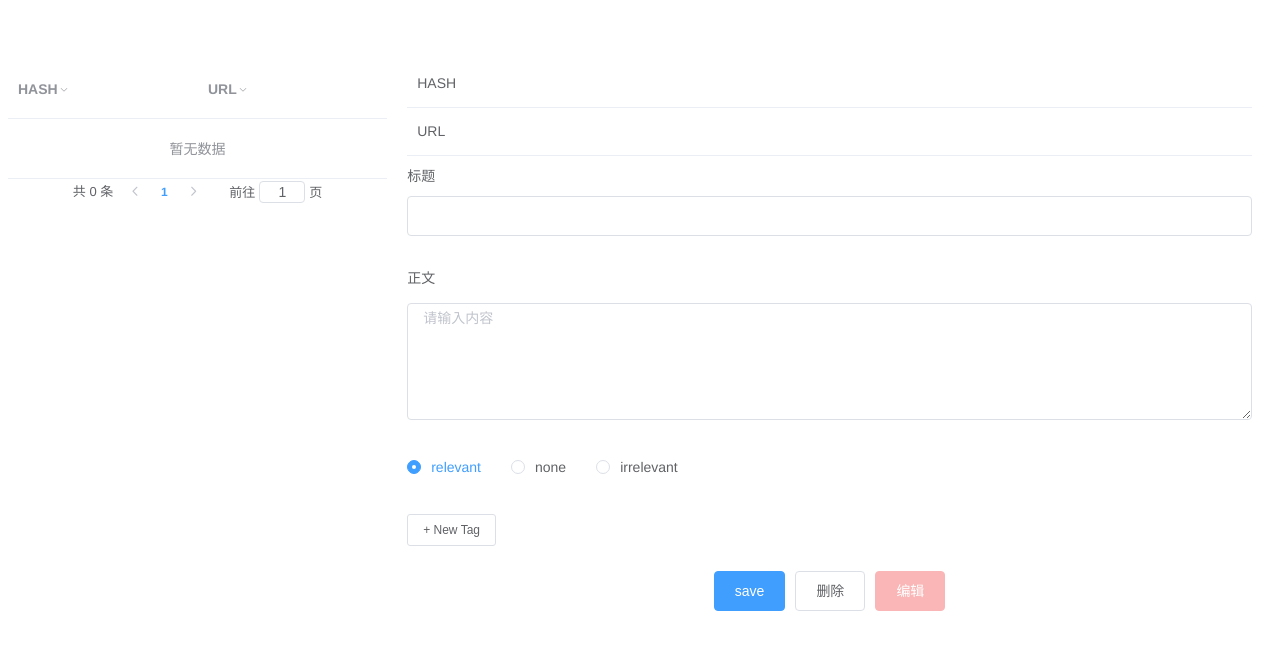
Repository: NicoleGX/TI
Page: /
These files come from the project's save history. The page is drawn as it stood at one moment and after the next save; the edit follows.
The browser window is 1280 px wide. The pictures show the whole page.
The page's requests for data from a server got no answer. The project was rebuilt for these pictures with package versions that can differ from the ones it lists, and the page was loaded fresh each time. No one was signed in, and anything a server would have sent is missing.

Above is the page before, as saved 2019-05-30 21:15:59.

After the next save:
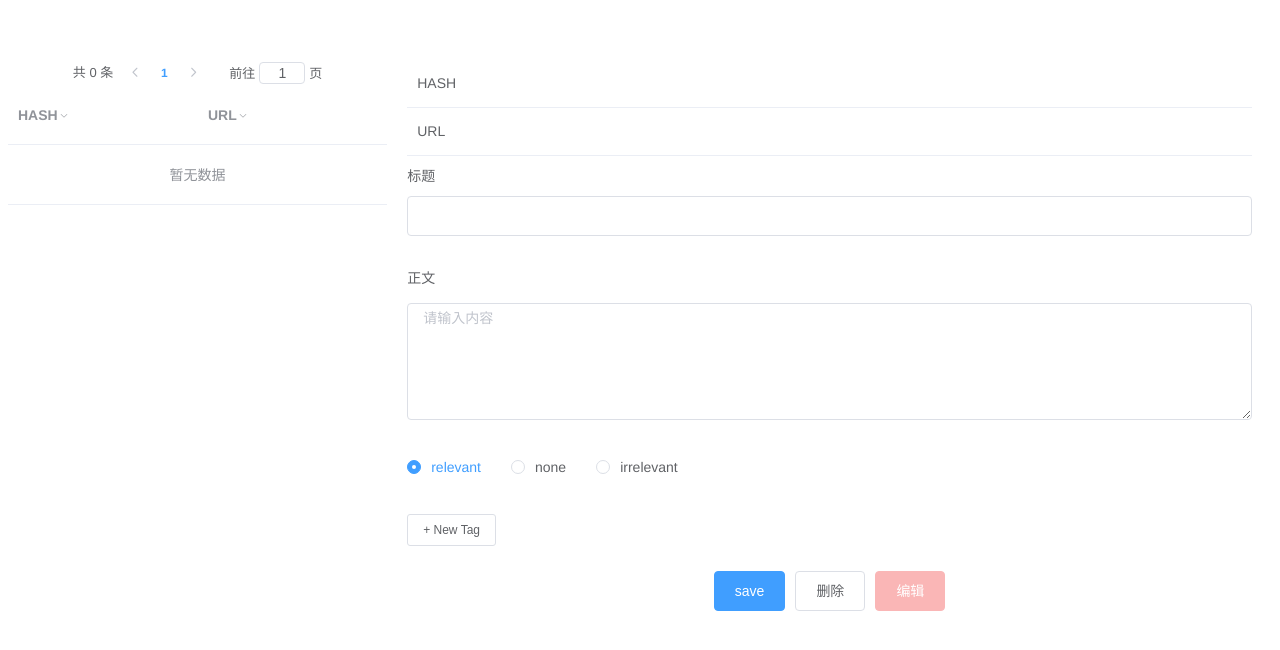
Saved 13 h 34 min later.
--- a/src/views/TextClassification.vue
+++ b/src/views/TextClassification.vue
@@ -1,6 +1,19 @@
 <template>
   <el-container>
     <el-aside style="width: 30%">
+      <!-- 分页 -->
+      <div class="block">
+        <el-pagination
+          @size-change="handleSizeChange"
+          @current-change="handleCurrentChange"
+          :current-page.sync="currentPage"
+          :page-size="pagesize"
+          layout="total, prev, pager, next, jumper"
+          :total="pages_total"
+          :pager-count="5"
+          small>
+        </el-pagination>
+      </div>
       <!-- 左侧的hash-url列表 -->
       <el-table
         :data="tableData"
@@ -25,19 +38,6 @@
           </template>
         </el-table-column>
       </el-table>
-      <!-- 分页 -->
-      <div class="block">
-        <el-pagination
-          @size-change="handleSizeChange"
-          @current-change="handleCurrentChange"
-          :current-page.sync="currentPage"
-          :page-size="pagesize"
-          layout="total, prev, pager, next, jumper"
-          :total="pages_total"
-          :pager-count="5"
-          small>
-        </el-pagination>
-      </div>
     </el-aside>
 
     <el-main style="width: 70%;padding-top: 0;padding-bottom: 0;">
